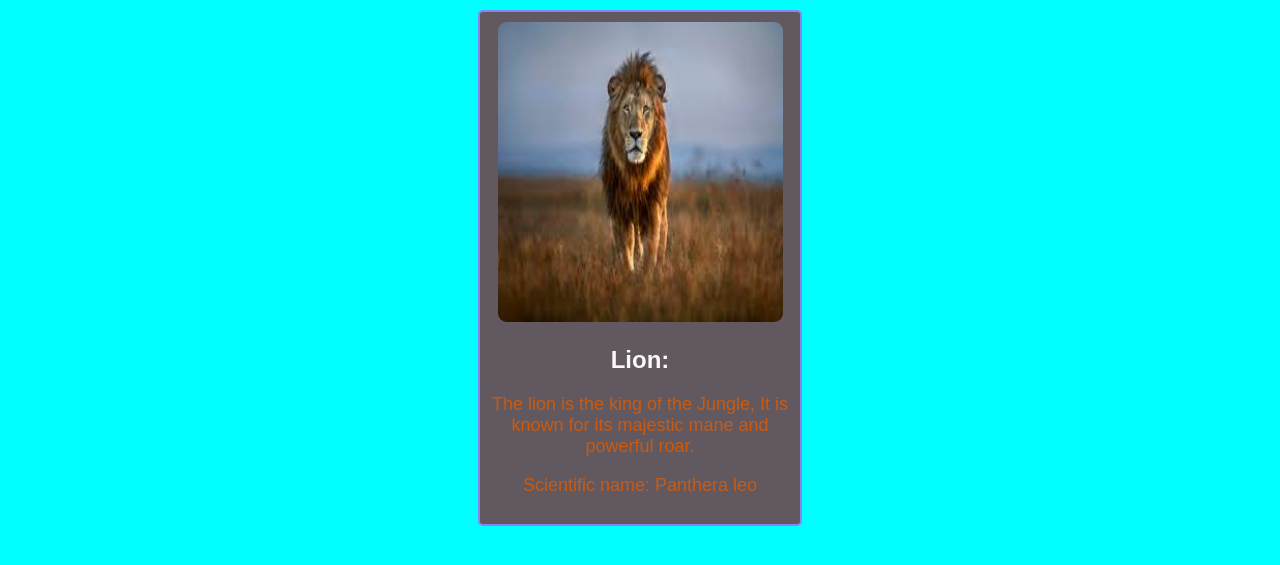
Repository: KingBoyMaylow/Animal-trading-card
Page: index.html
An editor plug-in stored every save of this project. The page is shown before and after a run of saves, followed by the edit.
The browser window is 1280 px wide. The pictures show the whole page.

Above is the page before, as saved 2024-05-13 22:22:45.

### index.html
<!DOCTYPE html>
<html lang="en">
<head>
    <meta charset="UTF-8">
    <meta name="viewport" content="width=device-width, initial-scale=1.0">
    <title>Document</title>
</head>
<body>
    <style>
    body {
        font-family: Arial, sans-serif;
        text-align: center;
        background-color: aqua;
    }
    .card {
        width: 300px;
        border: 2px solid #8a83f1;
        border-radius: 5px;
        margin: 10px auto;
        padding: 10px;
        background-color: #625960;
    }
    .card img {
        width: 95%;
        border-radius: 3%;
        height: 300px;
    }
    .card h2 {
        color: #fcf7f7;
    }
    .card p {
        color: #cb5a0f;
        font-size: large;
    }
</style>
</head>
<body>
    <div class="card">
        <img src="lion.jpeg" alt="Lion">
        <h2>Lion:</h2>
        <p>The lion is the king of the Jungle, It is known for its majestic mane and powerful roar.</p>
        <p>Scientific name: Panthera leo</p>
    </div>
</body>
</html>

After the next 3 saves:
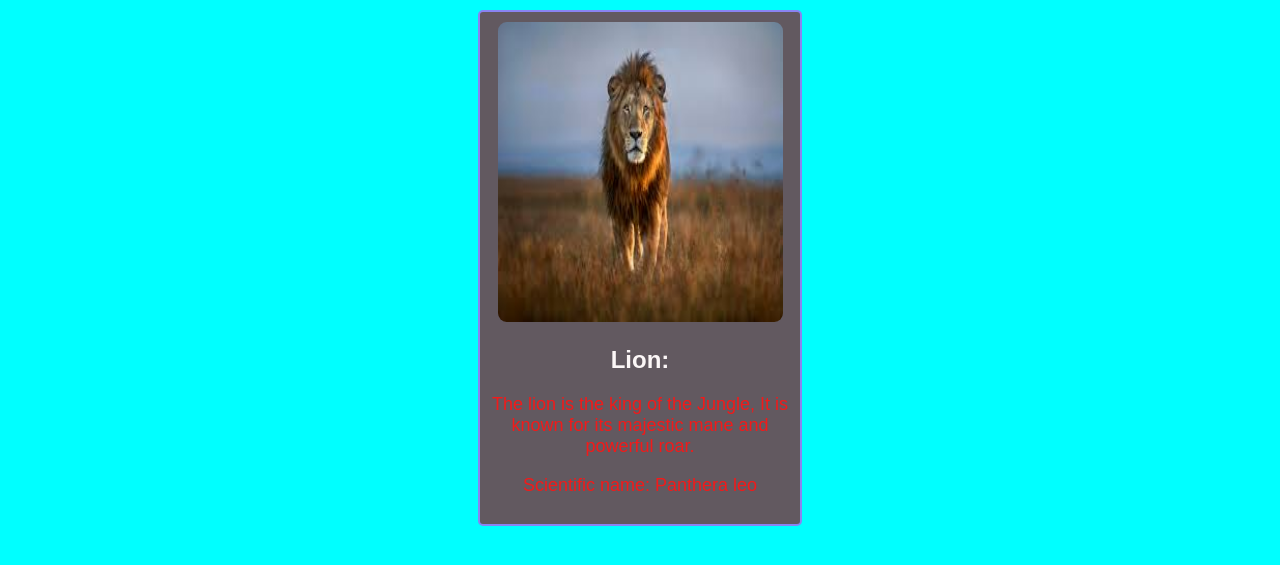
The 3 saves are shown as one change because they came seconds apart.
The last was saved 10 s later.
--- a/index.html
+++ b/index.html
@@ -29,7 +29,7 @@
         color: #fcf7f7;
     }
     .card p {
-        color: #cb5a0f;
+        color: #f21a1a;
         font-size: large;
     }
 </style>
